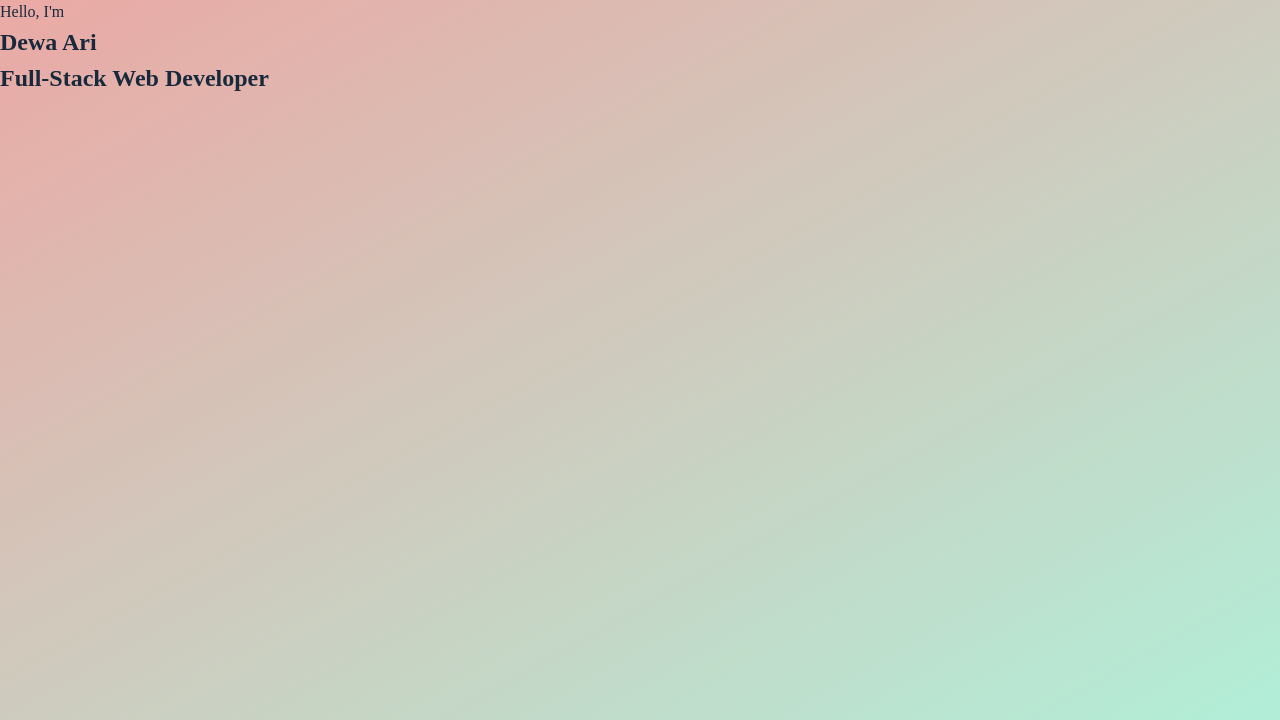
Repository: dewaary/Glassmorp-me
Page: index.html
These files come from the project's save history. The page is drawn as it stood at one moment and after the next save; the edit follows.
The browser window is 1280 px wide. The pictures show the whole page.

Above is the page before, as saved 2021-05-12 22:00:36.

After the next save:
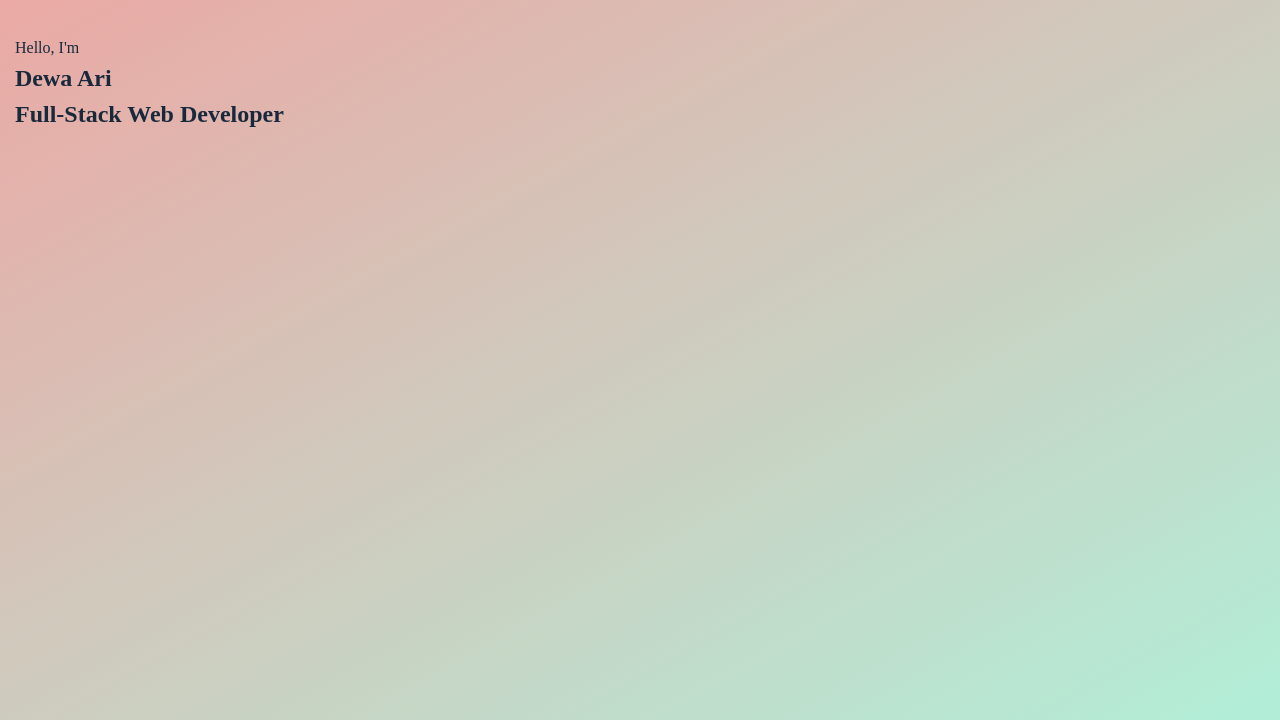
Saved 91 s later.
--- a/style.css
+++ b/style.css
@@ -34,6 +34,7 @@ body {
     line-height: 1.5;
     overflow-x: hidden;
     -webkit-tap-highlight-color: transparent;
+    padding: 5vh 15px;
 }
 
 body::before{
@@ -47,3 +48,5 @@ body::before{
     z-index: -1;
     opacity: 0.12;
 }
+
+.
